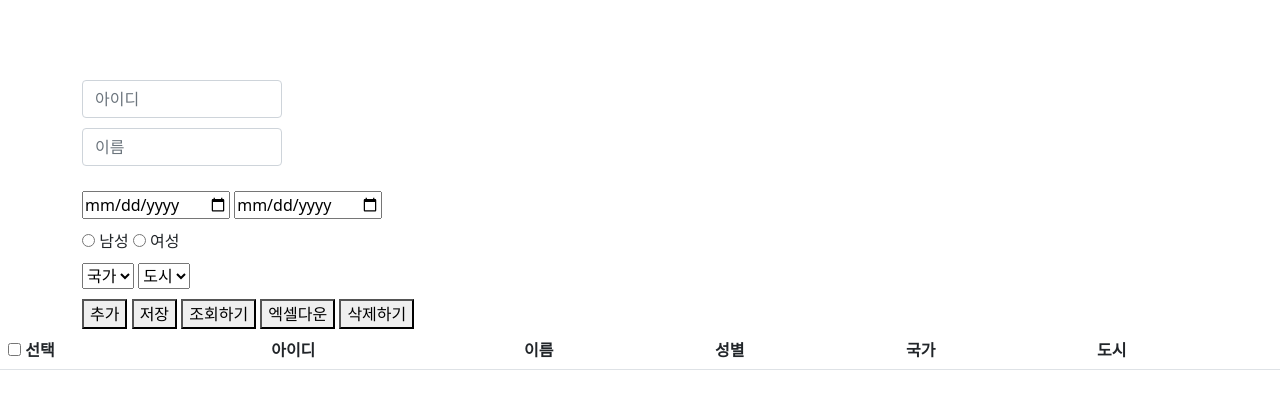
Repository: cactusvibeyjy/miniProject2
Page: http://localhost/test2/WEB-INF/views/home.jsp
The author's editor kept a copy of each file at every save. The page is drawn from the files as they stood at one save, then again after the next save.
The browser window is 1280 px wide. The pictures show the whole page.
The page is served by Tomcat 9. Nobody is signed in. Other server files are loaded and not shown. The template is opened directly, without the code that normally fills it, so the values that code supplies are empty.

Above is the page before, as saved 2023-02-17 05:27:01.

### test2/src/main/webapp/WEB-INF/views/home.jsp
<%@ taglib uri="http://java.sun.com/jsp/jstl/core" prefix="c"%>
<%@ page language="java" contentType="text/html; charset=UTF-8"
	pageEncoding="UTF-8"%>
<%@ page session="false"%>
<html>
<head>
	<meta charset="utf-8">
	<link
			href="https://cdn.jsdelivr.net/npm/bootstrap@5.1.3/dist/css/bootstrap.min.css"
			rel="stylesheet"
			integrity="sha384-1BmE4kWBq78iYhFldvKuhfTAU6auU8tT94WrHftjDbrCEXSU1oBoqyl2QvZ6jIW3"
			crossorigin="anonymous">
	<script
			src="https://cdn.jsdelivr.net/npm/bootstrap@5.1.3/dist/js/bootstrap.bundle.min.js"
			integrity="sha384-ka7Sk0Gln4gmtz2MlQnikT1wXgYsOg+OMhuP+IlRH9sENBO0LRn5q+8nbTov4+1p"
			crossorigin="anonymous">
	</script>
	<script src="https://code.jquery.com/jquery-3.6.3.min.js"></script>
	<script src="https://ajax.googleapis.com/ajax/libs/jquery/3.6.0/jquery.min.js"></script>

	<script src="https://cdnjs.cloudflare.com/ajax/libs/exceljs/4.3.0/exceljs.min.js"></script>
	<script lang="javascript" src="https://cdn.sheetjs.com/xlsx-0.19.2/package/dist/xlsx.full.min.js"></script>

<title>야호</title>

	<style>
		.pop {
			display: none;
			position: fixed;
			top: 0;
			left: 0;
			z-index: 100;
			width: 100%;
			height: 100%;
			background: rgba(0, 0, 0, .5);
		}
		.pop.on{
			display: block;
		}

		.pop .info {
			overflow-y: auto;
			position: absolute;
			top: 50%;
			left: 50%;
			transform: translate(-50%, -50%);
			width: 800px;
			height: 330px;
			max-height: 92%;
			margin: 0 auto;
			background: #fff;
			border-radius: 5px;
			padding: 10px;
		}

		.pop .info table {
			width: 100%;
			border: 1px solid #ddd;
		}

		.pop .info table tr th ,
		.pop .info table tr td {
			height: 50px;
			padding-left: 10px;
			vertical-align: middle;
			border: 1px solid #ddd;
		}

		.pop .info table tr td input[type=text] ,
		.pop .info table tr td select {
			width: 40%;
			height: 40px;
			padding: 0 15px;
			border: 1px solid #ddd;
			border-radius: 3px;
			outline: none;
		}

		.pop .info .bottom {

		}
		.pop .info .bottom .button_area {
			text-align: center;
			margin-top: 10px;
		}

	</style>

</head>
<body>
	<h2></h2>

	<div class="container" style= "margin-top: 80px">
		<div>
			<input type="text" id="memberId" placeholder="아이디" class="form-control" value=""
			style= "width: 200px; margin-bottom:10px"/>
			<input type="text" id="memberNm" placeholder="이름" class="form-control"
			style= "width: 200px; margin-bottom:10px"/>
		</div>
		<div class="daterange" style= "margin-top: 25px">
			<input type="date" name="startDate" id="startDate" />
			<input type="date" name="endDate" id="endDate" />
		</div>
		<div class="sex" style= "margin-top:10px; margin-bottom:10px;">
			<input type="radio" name="sex" id="sexM" value="male" onchange="fn_list()"  />
			<label for="sexM">남성</label>
			<input type="radio" name="sex" id="sexF" value="female" onchange="fn_list()" />
			<label for="sexF">여성</label>
		</div>

		<select name="country" id="country" onchange="Change(this,'city')">
			<option value="none" selected>국가</option>
			<option value="a">한국</option>
			<option value="b">미국</option>
			<option value="c">중국</option>
			<option value="d">일본</option>
		</select>
		<select id="city">
			<option value="none" selected>도시</option>
		</select>
		<br>
		<div class="button" style= "margin-top:10px; border-radius: 20px;">
			<button class="registerButton clickedButton" onclick="fn_addRow(this)">
				<span>추가</span> <i class="zmdi zmdi-arrow-right"></i>
			</button>
			<button class="registerButton clickedButton" onclick="fn_save('s')">
				<span>저장</span> <i class="zmdi zmdi-arrow-right"></i>
			</button>
			<button class="searchButton clickedButton" onclick="fn_list()">
				<span>조회하기</span> <i class="zmdi zmdi-arrow-right"></i>
			</button>
			<button class="excelButton clickedButton" onclick="fn_excel()">
				<span>엑셀다운</span> <i class="zmdi zmdi-arrow-right"></i>
			</button>
			<button class="deleteButton" onclick="fn_delete()">
				<span>삭제하기</span> <i class="zmdi zmdi-arrow-right"></i>
			</button>
		</div>
	</div>
	<table class="table table-striped">
		<thead>
			<tr>
				<th scope="col">
					<input type="checkbox" id="allCheck" onchange="fn_allCheck(this)" />
					<label for="allCheck">선택</label>
				</th>
				<th scope="col">아이디</th>
				<th scope="col">이름</th>
				<th scope="col">성별</th>
				<th scope="col">국가</th>
				<th scope="col">도시</th>
			</tr>
		</thead>
		<tbody id="data_tbody">

		</tbody>
	</table>
<input type="hidden" id="modifyId" />

<div class="pop">
	<div class="info">

		<table>
			<colgroup>
				<col style="width: 20%;">
				<col style="width: 80%;">
			</colgroup>
			<tbody>
			<tr>
				<th>아이디</th>
				<td><input type="text" id="mMemberId" /></td>
			</tr>
			<tr>
				<th>이름</th>
				<td><input type="text" id="mMemberNm" /></td>
			</tr>
			<tr>
				<th>성별</th>
				<td>
					<input type="radio" name="mSex" id="mMale" value="male" />
					<label for="mMale">남</label>
					<input type="radio" name="mSex" id="mFemale" value="female" />
					<label for="mFemale">여</label>
				</td>
			</tr>
			<tr>
				<th>국가</th>
				<td>
					<select id="mCountry" onchange="Change(this,`mCity`)">
						<option value="none" selected>국가</option>
						<option value="a">한국</option>
						<option value="b">미국</option>
						<option value="c">중국</option>
						<option value="d">일본</option>
					</select>
				</td>
			</tr>
			<tr>
				<th>도시</th>
				<td>
					<select id="mCity"></select>
				</td>
			</tr>
			</tbody>
		</table>

		<div class="bottom">
			<div class="button_area">
				<button type="button" onclick="fn_save('m')">저장</button>
				<button type="button" onclick="fn_hide()">닫기</button>
			</div>
		</div>
	</div>
</div>


</body>
<script type="text/javascript">
$(function () {

})

var fn_hide = function () {
	$('.pop.on').removeClass('on');
}

var fn_addRow = function () {

    if($('#sMemberId').length > 0) {
        return alert('아직 작업중인 row 가 있습니다.\n작업 완료 후 추가하세요.');
    }

	var addTr = '<tr>';
    addTr += '<td></td>';
    addTr += '<td><input id="sMemberId" /></td>';
    addTr += '<td><input id="sMemberNm" /></td>';
    addTr += '<td>';
    addTr += '  <input type="radio" name="sSex" id="sMale" value="male" checked/><label for="sMale">남</label>';
    addTr += '  <input type="radio" name="sSex" id="sFemale" value="female"/><label for="sFemale">여</label>';
    addTr += '</td>';
    addTr += '<td>';
    addTr += '  <select name="country" id="sCountry" onchange="Change(this,`sCity`)">';
    addTr += '      <option value="none" selected>국가</option>';
    addTr += '      <option value="a">한국</option>';
    addTr += '      <option value="b">미국</option>';
    addTr += '      <option value="c">중국</option>';
    addTr += '      <option value="d">일본</option>';
    addTr += '  </select>';
    addTr += '</td>';
    addTr += '<td>';
    addTr += '  <select id="sCity">';
    addTr += '      <option value="none" selected>도시</option>';
    addTr += '  </select>';
    addTr += '</td>';
    addTr += '</tr>';
    $('#data_tbody').prepend(addTr);

}

// 초기화
var fn_reset = function () {

    $('#memberId , #memberNm , #modifyId').val('');

    // 날짜 오늘날짜로 셋팅
    var date = new Date();
    var month = date.getMonth().toString().length===1 ? '0'+(date.getMonth()+1) : date.getMonth();
    $('input[type=date]').val(date.getFullYear() +'-'+ month + '-' + date.getDate());

    $('#sexM').prop('checked',true);

    $('#country').val('none');
	$('#city').empty().append('<option value="none" selected>도시</option>');
}

// 목록
var fn_list = function () {
    var param = {};
    param.memberId  = $('#memberId').val();
    param.memberNm  = $('#memberNm').val();
    param.startDate = $('#startDate').val().replaceAll('-','');
    param.endDate   = $('#endDate').val().replaceAll('-','');
    param.sex       = $('input[name=sex]:checked').val();
    param.country   = $('#country').val();
    param.city      = $('#city').val();

    $.ajax({
        url	:'/member/list.json',
        type:'POST',
        data:param,
        success: function(res) {

            $('#data_tbody').empty();

            for(var data of res) {
                var html = '<tr>';
                html += '<td><input data-id="'+data.memberId+'" type="checkbox"></td>';
                html += '<td ondblclick="fn_detail(`'+data.memberId+'`)">'+data.memberId+'</td>';
                html += '<td>'+data.memberNm+'</td>';
                html += '<td>'+data.sex+'</td>';
                html += '<td>'+data.country+'</td>';
                html += '<td>'+data.city+'</td>';
                html += '</tr>';
                $('#data_tbody').append(html);
            }

        }
    });
}

// 상세
var fn_detail = function (memberId) {
    $('.pop').addClass('on');

    $.ajax({
        url	:'/member/detail.json',
        type:'POST',
        data:{memberId : memberId},
	    success: function(res) {

            $('#mMemberId').val(res.memberId);
            $('#mMemberNm').val(res.memberNm);

            res.sex === 'male' ? $('#mMale').prop('checked',true) : $('#mFemale').prop('checked',true);

            $('#mCountry').val(res.country).trigger('change');
            $('#mCity').val(res.city);

        }
    });
}

// 저장
var fn_save = function (flag) {

	var param = {};
	param.memberId  = $('#'+flag+'MemberId').val();
	param.memberNm  = $('#'+flag+'MemberNm').val();
    param.country   = $('#'+flag+'Country').val();
    param.city      = $('#'+flag+'City').val();

    var url = 'insert.json';
	if(flag === 'm') {
        param.sex       = $('input[name=mSex]:checked').val();
        param.modifyId  = param.memberId;
        url             = 'update.json';
	} else {
        if($('#sMemberId').length < 1) {
            return alert('[추가]버튼 클릭 후 작업하세요.');
        }
        param.sex       = $('input[name=sSex]:checked').val();
	}

	if(param.memberId === '') {
	    return alert('아이디를 입력해주세요.');
	}
	if(param.memberNm === '') {
	    return alert('이름을 입력해주세요.');
	}
	if(param.country === 'none') {
	    return alert('국가를 선택해주세요.');
	}
	if(param.city === 'none') {
	    return alert('도시를 선택해주세요.');
	}

    $.ajax({
        url	:'/member/'+url,
        type:'POST',
        data:param,
	    success: function(res) {
	        if(res === 1) {
                fn_list();
                if(flag === 'm') {
                    fn_hide()
                }
	            return alert('저장되었습니다.');
	        }
        }
    });
}

// 삭제
var fn_delete = function () {

    var param = {} , memberIdArr = [];

    if($('#data_tbody input[type=checkbox]:checked').length < 1) {
        return alert('삭제 할 데이터를 선택해주세요.');
    }
    $('#data_tbody input[type=checkbox]:checked').each(function(i,t) {
        memberIdArr.push($(t).data('id'));
    })
    param.memberIdArr = memberIdArr;

    $.ajax({
        url	:'/member/delete.json',
        type:'POST',
        data:JSON.stringify(param),
        contentType : 'application/json',
	    success: function(res) {
            if(res > 0) {
                fn_list();
                return alert('삭제 되었습니다.');
            }
        }
    });

}

// 전체선택
var fn_allCheck = function (tag) {
	if($(tag).is(':checked')) {
        $('#data_tbody input[type=checkbox]').prop('checked',true);
	} else {
        $('#data_tbody input[type=checkbox]').prop('checked',false);
	}
}

// 엑셀
var fn_excel = function () {
    var wb = XLSX.utils.table_to_book(document.getElementById('data_tbody'), {sheet:"시트명",raw:true});
    XLSX.writeFile(wb, ('파일명.xlsx'));
}

var Change = function (tag , target) {
	var city_z = [ "none" ];
	var city_a = [ "서울", "부산", "창원", "경주","대구","대전", "통영" ];
	var city_b = [ "NYC", "LA", "Pheonix", "Tucson", "Litiz", "Lafayette" ];
	var city_c = [ "베이징", "상하이", "광저우", "청두", "우한", "톈진" ];
	var city_d = [ "도쿄", "오사카", "삿포로", "교토", "후쿠오카", "고베" ];

	var targetTag = document.getElementById(target);

	var d = '';
	switch (tag.value) {
		case 'a': d = city_a; break;
		case 'b': d = city_b; break;
		case 'c': d = city_c; break;
		case 'd': d = city_d; break;
		default:  d = city_z;
    }
    targetTag.options.length = 0;

	for (var x in d) {
		var opt = document.createElement("option");
		opt.value = d[x];
        opt.innerHTML = d.length > 1 ? d[x] : '도시';
        targetTag.appendChild(opt);
	}
}
</script>
</html>

After the next save:
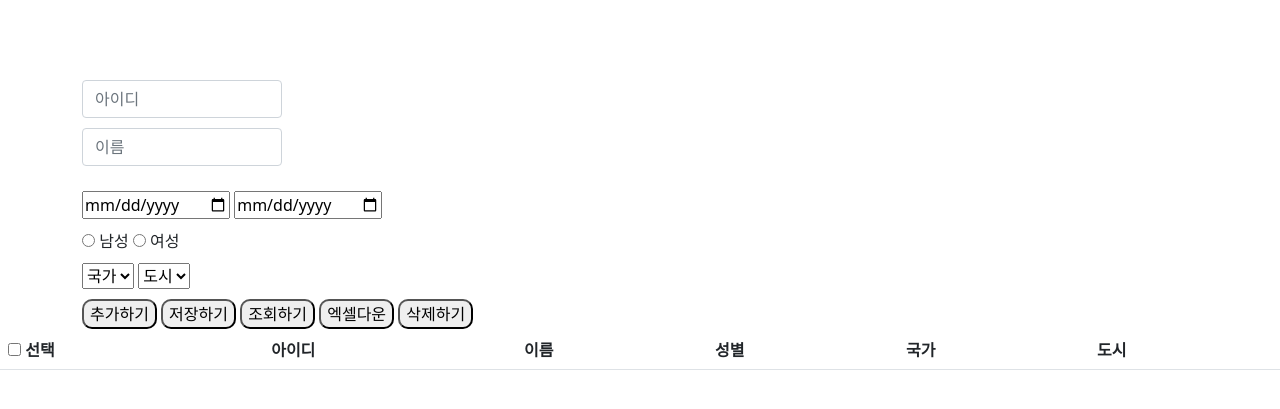
Saved 33 s later.
--- a/test2/src/main/webapp/WEB-INF/views/home.jsp
+++ b/test2/src/main/webapp/WEB-INF/views/home.jsp
@@ -120,19 +120,19 @@
 		</select>
 		<br>
 		<div class="button" style= "margin-top:10px; border-radius: 20px;">
-			<button class="registerButton clickedButton" onclick="fn_addRow(this)">
-				<span>추가</span> <i class="zmdi zmdi-arrow-right"></i>
+			<button class="registerButton clickedButton" onclick="fn_addRow(this)" style= "border-radius: 10px;">
+				<span>추가하기</span> <i class="zmdi zmdi-arrow-right"></i>
 			</button>
-			<button class="registerButton clickedButton" onclick="fn_save('s')">
-				<span>저장</span> <i class="zmdi zmdi-arrow-right"></i>
+			<button class="registerButton clickedButton" onclick="fn_save('s')" style= "border-radius: 10px;">
+				<span>저장하기</span> <i class="zmdi zmdi-arrow-right"></i>
 			</button>
-			<button class="searchButton clickedButton" onclick="fn_list()">
+			<button class="searchButton clickedButton" onclick="fn_list()" style= "border-radius: 10px;">
 				<span>조회하기</span> <i class="zmdi zmdi-arrow-right"></i>
 			</button>
-			<button class="excelButton clickedButton" onclick="fn_excel()">
+			<button class="excelButton clickedButton" onclick="fn_excel()" style= "border-radius: 10px;">
 				<span>엑셀다운</span> <i class="zmdi zmdi-arrow-right"></i>
 			</button>
-			<button class="deleteButton" onclick="fn_delete()">
+			<button class="deleteButton" onclick="fn_delete()" style= "border-radius: 10px;">
 				<span>삭제하기</span> <i class="zmdi zmdi-arrow-right"></i>
 			</button>
 		</div>
